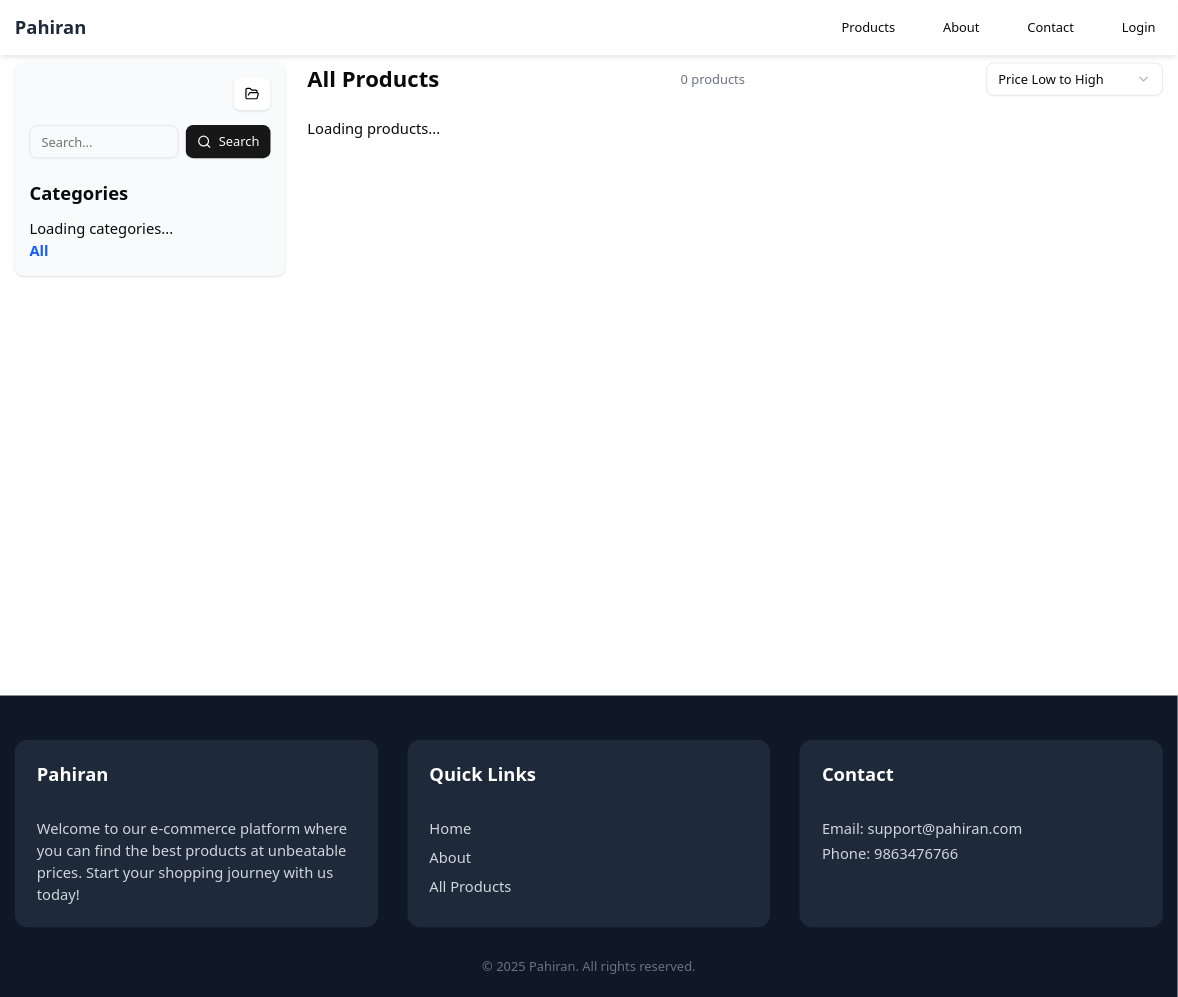
Repository: sushilaneupane/ecommerce_frontend
Page: /products
The author's editor kept a copy of each file at every save. The page is drawn from the files as they stood at one save, then again after the next save.
The browser window is 1280 px wide. The pictures show the whole page, at 92% of full size.
The page's requests for data from a server got no answer. The project was rebuilt for these pictures with package versions that can differ from the ones it lists, and the page was loaded fresh each time. No one was signed in, and anything a server would have sent is missing. Also part of the build but not shown: vite.config.js, src/middleware/ProtectedRoute.jsx, src/components/Sidebar.jsx, src/layouts/AdminLayout.jsx, src/pages/NewArrival.jsx, src/pages/Featured.jsx, src/pages/Hero.jsx, src/components/ui/label.jsx and 35 more.

Above is the page before, as saved 2025-10-24 16:03:17.

After the next save:
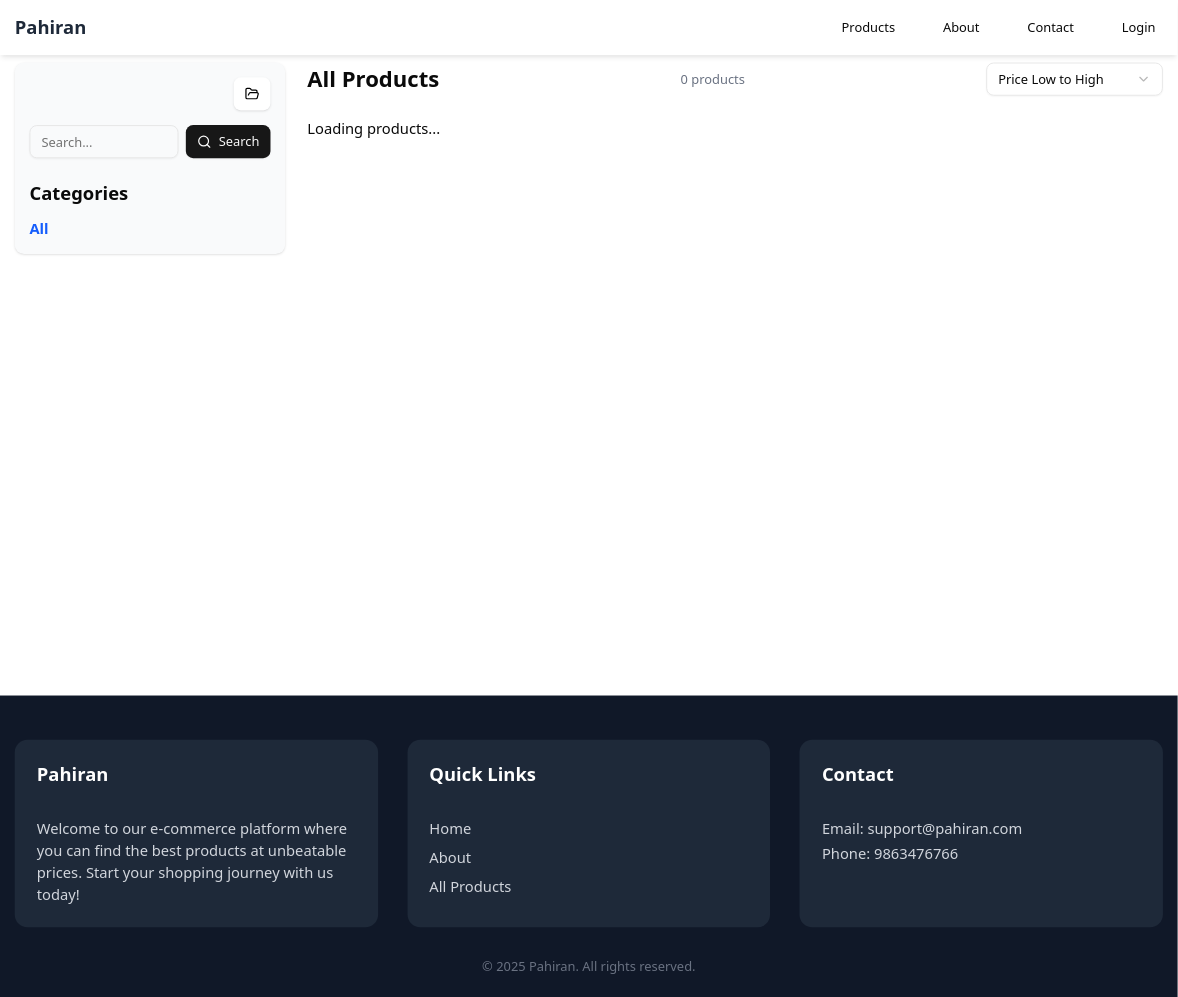
Saved 14 s later.
--- a/src/hooks/useCategories.js
+++ b/src/hooks/useCategories.js
@@ -6,12 +6,14 @@
   const queryClient = useQueryClient();
   const token = localStorage.getItem("authToken");
 
-const { data: categories = [], isLoading, isError } = useQuery({
-  queryKey: [CATEGORY_KEY],
-  queryFn: fetchCategories(), // you can just pass the function
-});
+  // Fetch categories
+  const { data: categories = [], isLoading, isError } = useQuery({
+    queryKey: [CATEGORY_KEY],
+    queryFn: () => fetchCategories(token),
+    enabled: !!token,
+  });
 
-
+  // Create category
   const create = useMutation({
     mutationFn: (categoryData) => createCategory(categoryData, token),
     onSuccess: () => {

After the save that followed:
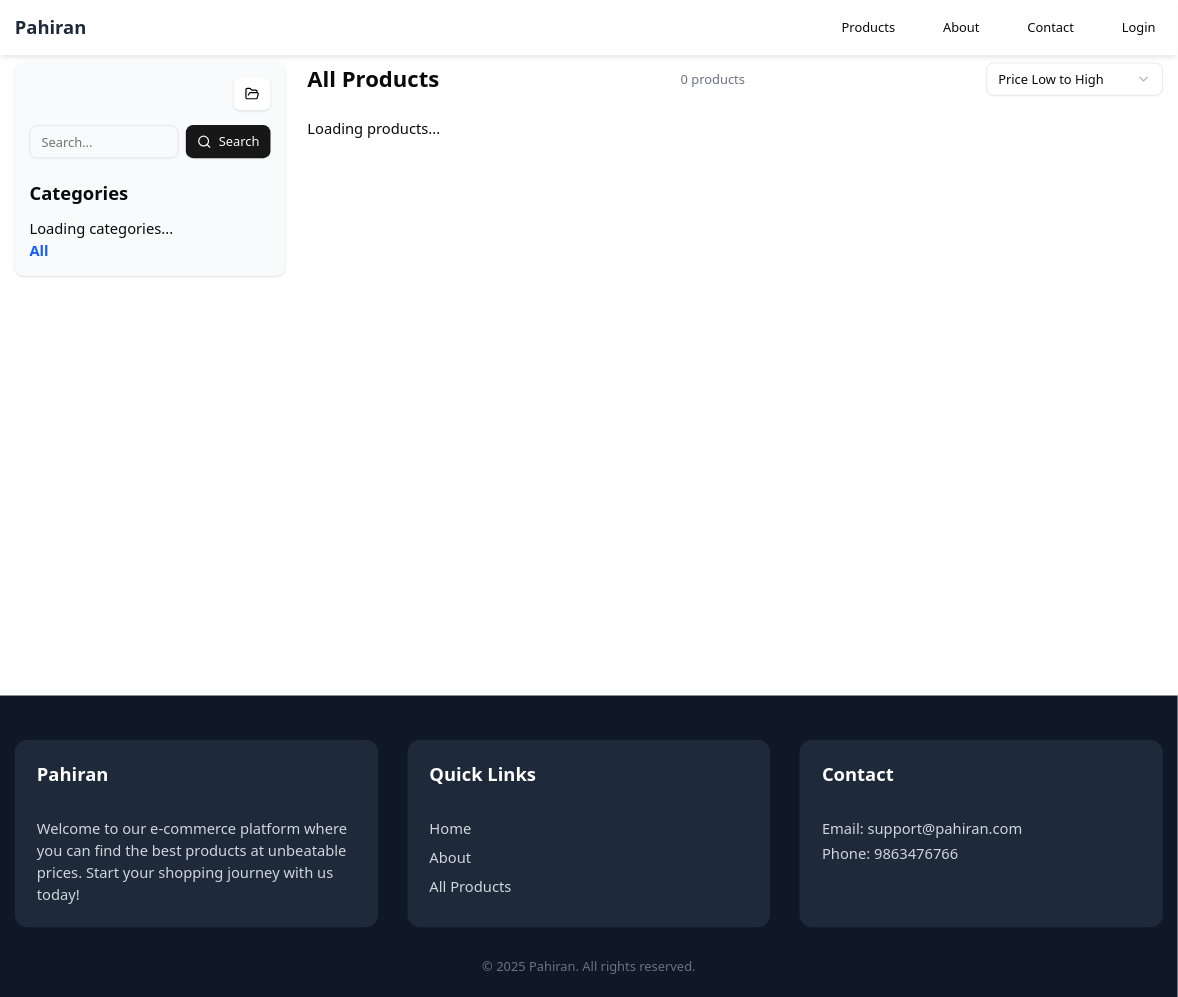
Saved 52 s later.
--- a/src/hooks/useCategories.js
+++ b/src/hooks/useCategories.js
@@ -10,7 +10,6 @@
   const { data: categories = [], isLoading, isError } = useQuery({
     queryKey: [CATEGORY_KEY],
     queryFn: () => fetchCategories(token),
-    enabled: !!token,
   });
 
   // Create category
